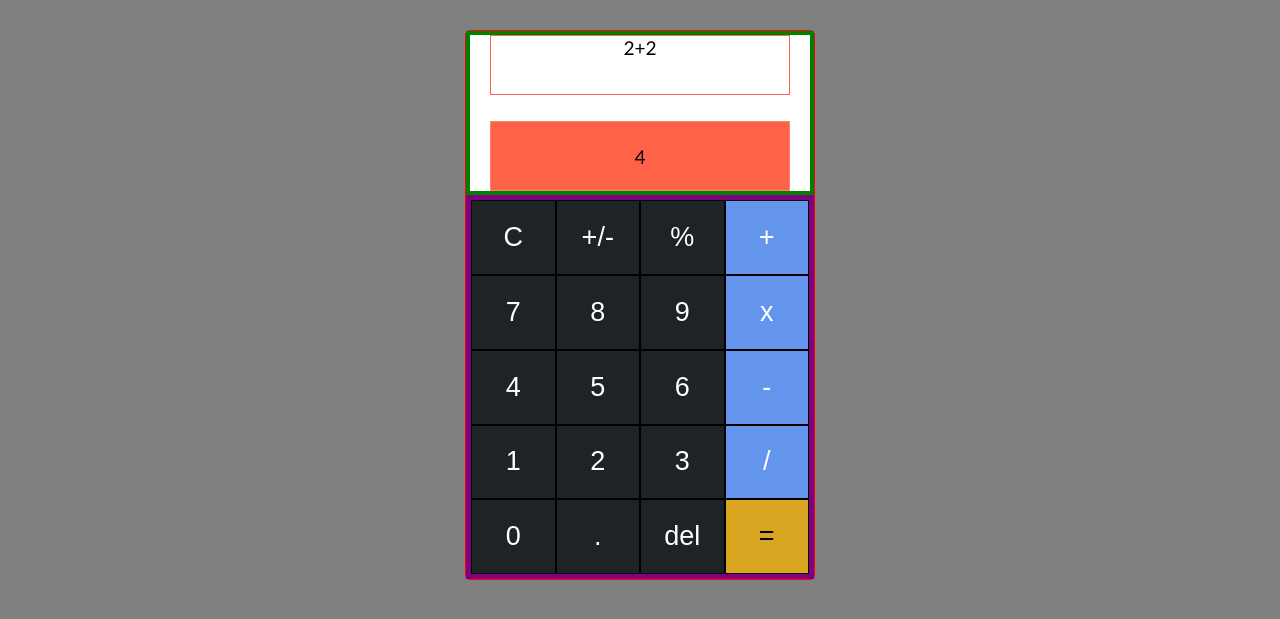
Repository: OfirLana/Calculator
Page: index.html
These files come from the project's save history. The page is drawn as it stood at one moment and after a run of saves; the edit follows.
The browser window is 1280 px wide. The pictures show the whole page.

Above is the page before, as saved 2019-03-12 23:55:24.

### index.html
<!DOCTYPE html>
<html lang="en">

<head>
    <meta charset="UTF-8">
    <meta name="viewport" content="width=device-width, initial-scale=1.0">
    <meta http-equiv="X-UA-Compatible" content="ie=edge">
    <link href="https://fonts.googleapis.com/css?family=Lato:100,300,400,700,900" rel="stylesheet">
    <title>Document</title>
    <link rel="stylesheet" href="style.css">
</head>

<body>
    <div class="calculator">
        <div class="output_box">
            <div class="main_output">
2+2


            </div>
            <div class="sub_output">
4


            </div>
        </div>


        <div class="opeartor_box">
            <button class="btn dlt">C</button>
            <button class="btn">+/-</button>
            <button class="btn ">%</button>
            <button class="btn op">+</button>
            <button class="btn">7</button>
            <button class="btn">8</button>
            <button class="btn">9</button>
            <button class="btn op">x</button>
            <button class="btn">4</button>
            <button class="btn">5</button>
            <button class="btn">6</button>
            <button class="btn op">-</button>
            <button class="btn">1</button>
            <button class="btn">2</button>
            <button class="btn">3</button>
            <button class="btn op">/</button>
            <button class="btn">0</button>
            <button class="btn">.</button>
            <button class="btn">del</button>
            <button class="btn sum">=</button>


        </div>








    </div>
    <script src="index.js"></script>
</body>

</html>

### style.css
* {
    margin: 0;
    padding: 0;
    box-sizing: border-box;
}

html {
    font-size: 62.5%;
}

body {
    font-family: "Lato", sans-serif;
    font-size: 1.6rem;
    color: #777;
    padding: 3rem;
    background:grey;
}

.calculator {
    display: flex;
    flex-direction: column;
    margin: 0 auto;
    width: 35rem;
    height: 55rem;
    border: 1px solid red;
    border-radius: 5px;
}

.output_box {
    display: flex;
    flex-direction: column;
    flex-basis: 30%;
    border: 4px solid green;
    width: 100%;
    justify-content: space-between;
    padding:0px 20px;
    background:white;
    color:black;
    font-size:19px;
}

.main_output {
    display: flex;
    border: 1px solid blue;
    height: 6rem;
    justify-content: center;
    /* background:blue; */
  border:1px solid tomato;
    width:100%;
    /* background:blue; */
    text-align:end;
    overflow: hidden;
}






.sub_output {
    display: flex;
    border: 1px solid salmon;
    height: 7rem;
    /* background:red; */
    display:flex;
    justify-content: center;
    align-items: center;
    overflow: hidden;
    background:tomato;
}

.opeartor_box{
    display:flex;
    /* flex-direction: column; */
    flex-wrap:wrap;
    width:100%;
    border:5px solid purple;
    flex-basis:70%;
}

.btn{
    width:25%;
    height:20%;
    background:#1E2326;
    border: 1px solid black;
    color:white;
    font-size:27px;
    font-weight:100;
}

.btn:active{
    background:blue;
    border:1px solid black;
}

.op {
    background:cornflowerblue;
}

.sum{
    background:goldenrod;
    color:black;
}

Loaded but not shown: index.js (no copy from this time; the picture is the same without it)

After the next 2 saves:
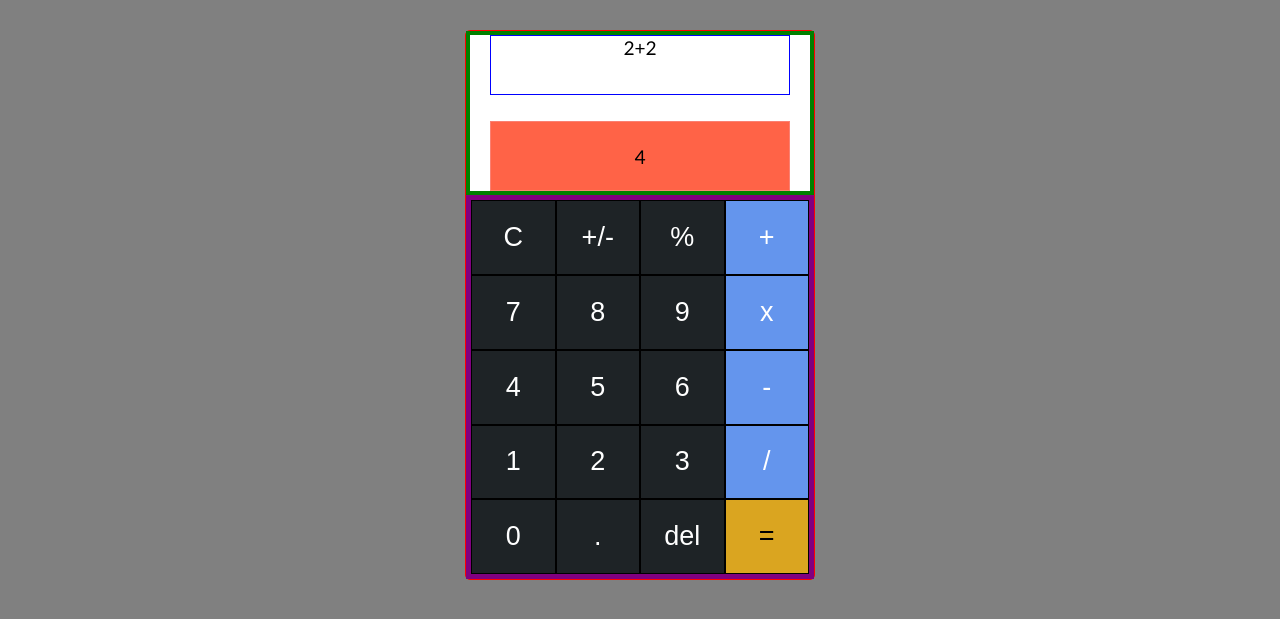
The 2 saves are shown as one change because they came seconds apart.
The last was saved 21 s later.
--- a/style.css
+++ b/style.css
@@ -44,6 +44,7 @@ body {
     border: 1px solid blue;
     height: 6rem;
     justify-content: center;
+    padding:5px 0px
     /* background:blue; */
   border:1px solid tomato;
     width:100%;
